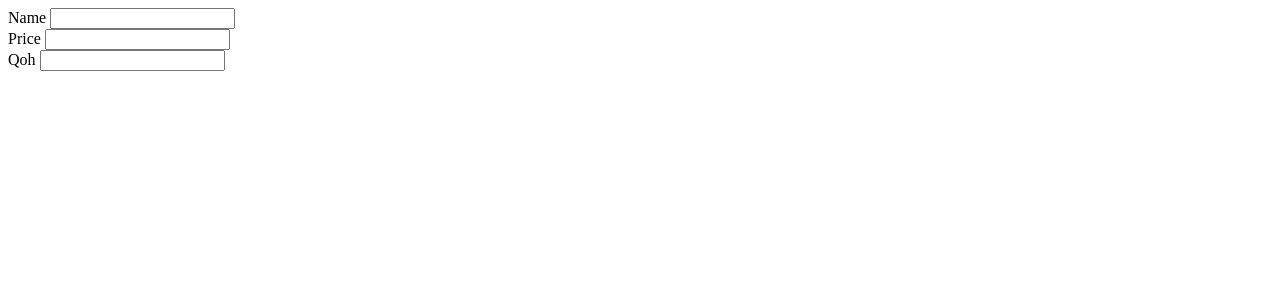
Repository: shikhi7/visatraining
Page: eclipse-workspace/mywebapp/src/main/webapp/prod.html
An editor plug-in stored every save of this project. The page is shown before and after the next save, followed by the edit.
The browser window is 1280 px wide. The pictures show the whole page.

Above is the page before, as saved 2019-07-16 06:54:20.

### eclipse-workspace/mywebapp/src/main/webapp/prod.html
<!DOCTYPE html>
<html>
<head>
<meta charset="UTF-8">
<title>Insert Product</title>
</head>
<body>
<form action="insertProd" method="get">
Name <input name=n1><br>
Price <input name=n2><br>
Qoh <input name=n3><br>
</body>
</html>

After the next save:
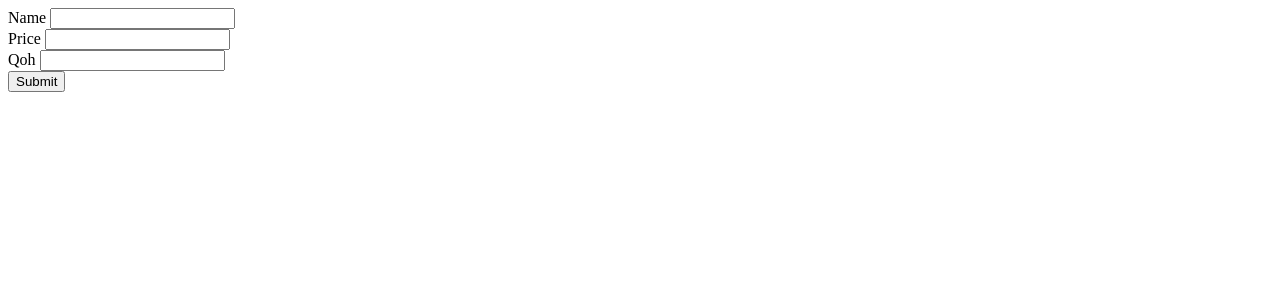
Saved 2 min 51 s later.
--- a/eclipse-workspace/mywebapp/src/main/webapp/prod.html
+++ b/eclipse-workspace/mywebapp/src/main/webapp/prod.html
@@ -9,5 +9,6 @@
 Name <input name=n1><br>
 Price <input name=n2><br>
 Qoh <input name=n3><br>
+<input name=bb value="Submit" type="submit">
 </body>
 </html>
